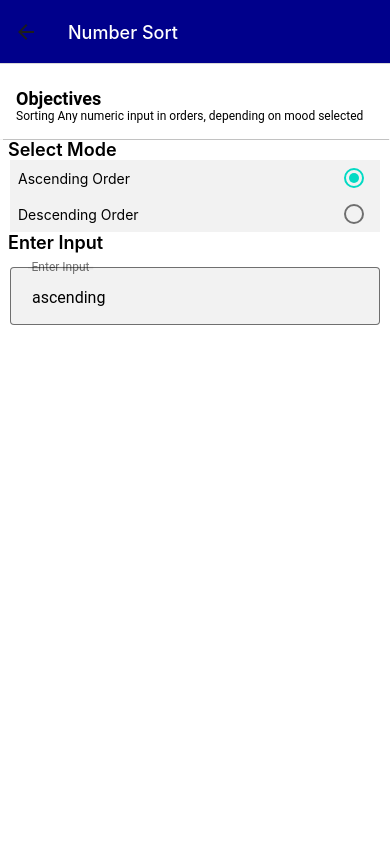
Repository: seyicoded/rn-crazy-algorithm-app
Screen: /Sort_simple_number
These files come from the project's save history. The screen is drawn as it stood at one moment and after the next save; the edit follows.
The app was drawn by React Native's web renderer in a window 390 px wide. The project was rebuilt for these pictures with package versions that can differ from the ones it lists, and the page was loaded fresh each time. Also part of the build but not shown: src/screens/sort.js, src/screens/filter.js, src/screens/advance.js, src/screens/sorts/Sort_alphabet.js.

Above is the screen before, as saved 2022-03-30 17:54:03.

### App.js
import 'react-native-gesture-handler';
import { StatusBar } from 'expo-status-bar';
import { StyleSheet, Text, View } from 'react-native';
import Main from './src/main'
export default function App() {
  return (
    <View style={styles.container}>
      <Main />
      <StatusBar style="auto" />
    </View>
  );
}

const styles = StyleSheet.create({
  container: {
    flex: 1,
    backgroundColor: '#fff',
  },
});

### src/main.js
import { View, Text } from 'react-native'
import React from 'react'
import {NavigationContainer} from '@react-navigation/native'
import {createStackNavigator} from '@react-navigation/stack'
import Home from './screens/index'
import Sort from './screens/sort'
import Filter from './screens/filter'
import Advance from './screens/advance'
import Sort_simple_number from './screens/sorts/Sort_simple_number'
import Sort_alphabet from './screens/sorts/Sort_alphabet'

const StackNav = createStackNavigator()

export default function Main() {
  return (
    <NavigationContainer>
        <StackNav.Navigator>
            <StackNav.Screen name="Home" options={{headerMode: 'none'}} component={Home} />
            <StackNav.Screen name="Filter" options={{headerMode: 'none'}} component={Filter} />
            <StackNav.Screen name="Sort" options={{headerMode: 'none'}} component={Sort} />
            <StackNav.Screen name="Advance" options={{headerMode: 'none'}} component={Advance} />

            {/* sort aspect */}
            <StackNav.Screen name="Sort_simple_number" options={{title: 'Number Sort', headerStyle: {backgroundColor: 'darkblue', color: 'white'}, headerTitleStyle: {color: 'white'}}} component={Sort_simple_number} />
            <StackNav.Screen name="Sort_alphabet" options={{title: 'Alphabet Sort', headerStyle: {backgroundColor: 'darkblue', color: 'white'}, headerTitleStyle: {color: 'white'}}} component={Sort_alphabet} />
        </StackNav.Navigator>
    </NavigationContainer>
  )
}

### src/screens/index.js
import { View, Text, StyleSheet, FlatList, TouchableOpacity } from 'react-native'
import React, {useState, useEffect, useRef} from 'react'
import Header from '../layout/header'
import { List, Avatar, Card, Title, Paragraph, Button } from 'react-native-paper';

const data = [
    {
        id: 'Sort',
        image: 'https://picsum.photos/700',
        title: 'Sort',
    },
    {
        id: 'Filter',
        image: 'https://picsum.photos/700',
        title: 'Filter',
    },
    {
        id: 'Advance',
        image: 'https://picsum.photos/700',
        title: 'Advance',
    },
]

export default function Index({route, navigation}) {
    const [color, setColor] = useState('darkblue');
    var timer = null;
    var ColorChanger = useRef('darkblue');


    useEffect(()=>{
        timer = setInterval(()=>{
            // console.log('.')
            ColorChanger.current = (ColorChanger.current == 'darkblue') ? 'darkred' : 'darkblue';
            setColor(ColorChanger.current);
        }, 1000);
        return ()=>{
            clearInterval(timer);
        }
    }, [])

    const styles = StyleSheet.create({
        container: {
          flex: 1,
          width: '100%',
          backgroundColor: '#fff',
        },
        header: {
            fontSize: 16,
            textAlign: 'center',
            marginTop: 20,
            marginBottom: 20,
            color: color,
            fontWeight: '700',
        },
        list: {
            width: '100%',
        },
        card: {
            // backgroundColor: 'red',
            margin: 20,
            shadowColor: '#000',
            shadowOffset: { width: 0, height: 2 },
            shadowOpacity: 0.8,
            elevation: 4
        }
    });

    return (
        <View style={styles.container}>
            <Header title="Home" visible={false} navigation={navigation} />
            <Text style={styles.header}>Let's Prep Shall We</Text>

            <FlatList
                data={data}
                style={styles.list}
                renderItem={({ item }) => {
                    return (
                        <TouchableOpacity onPress={() => navigation.navigate(item.id, {title: item.title})}>
                            <Card style={styles.card}>
                                <Card.Cover source={{ uri: item.image }} />
                                {/* <Card.Actions style={{justifyContent: 'center'}}>
                                    <Button onPress={()=>navigation.navigate(item.id)}>{item.title}</Button>

                                </Card.Actions> */}

                                <Card.Content style={{justifyContent: 'center'}}>
                                    <Title style={{textAlign: 'center', marginTop:12, color: 'darkblue'}}>{item.title}</Title>
                                </Card.Content>
                            </Card>
                        </TouchableOpacity>
                    )
                }}
                numColumns={1}
            />

            {/* <Card>
                <Card.Cover source={{ uri: 'https://picsum.photos/700' }} />

                <Card.Content>
                    <Title>Card title</Title>
                </Card.Content>
            </Card> */}

        </View>
    )
}

### src/screens/sorts/Sort_simple_number.js
import { StyleSheet, Text, View, TouchableOpacity } from 'react-native'
import React from 'react'
import { Banner, RadioButton, TextInput } from 'react-native-paper';

export default function Sort_simple_number() {
    const [value, setValue] = React.useState('ascending');
    const [unsortedVal, setunsortedVal] = React.useState('ascending');
  return (
    <View style={styles.container}>
        <Banner
            visible={true}
            actions={[
            ]}
            >
                <View>
                    <Text style={{fontWeight: '600', fontSize: 18}}>Objectives</Text>
                    <Text />
                    <Text style={{fontSize: 12}}>Sorting Any numeric input in orders, depending on mood selected</Text>
                </View>
        </Banner>
        <Text />
        <Text style={styles.title_element}>Select Mode</Text>

        <RadioButton.Group onValueChange={newValue => setValue(newValue)} value={value}>
            <TouchableOpacity onPress={()=>setValue('ascending')}>
                <View style={styles.radio}>
                    <Text>Ascending Order</Text>
                    <RadioButton value="ascending" />
                </View>
            </TouchableOpacity>
            <TouchableOpacity onPress={()=>setValue('descending')}>
                <View style={styles.radio}>
                    <Text>Descending Order</Text>
                    <RadioButton value="descending" />
                </View>
            </TouchableOpacity>
        </RadioButton.Group>

        <Text />
        <Text style={styles.title_element}>Enter Input</Text>
        <TextInput
            label='Enter Input'
            mode='outlined'
            style={styles.input}
            value={unsortedVal}
            onChangeText={text => setunsortedVal(text)}
        />
    </View>
  )
}

const styles = StyleSheet.create({
    container: {
        flex: 1,
        backgroundColor: '#fff',
    },
    title_element: {
        fontWeight: '600',
        fontSize: 18,
        paddingLeft: 8
    },
    radio: {
        flexDirection: 'row',
        justifyContent: 'space-between',
        alignItems: 'center',
        marginHorizontal: 10,
        backgroundColor: 'rgba(0, 0, 0, 0.05)',
        paddingHorizontal: 8,
    },
    input: {
        marginHorizontal: 10,
        marginVertical: 8,
        backgroundColor: 'rgba(0, 0, 0, 0.05)',
        paddingHorizontal: 8,
    },
})

### src/layout/header.js
import { View, Text } from 'react-native'
import React, {useState, useEffect} from 'react'
import { Appbar } from 'react-native-paper';

export default function Header({title, visible, navigation}) {
    // const [visible, setVisible] = useState(false);

    if(visible){
        return (
            <Appbar.Header style={{backgroundColor: 'darkblue'}}>
                {
                    (visible) ?
                    <Appbar.BackAction onPress={()=>navigation.goBack()} />
                    :<></>
                }
                <Appbar.Content title={title} />
            </Appbar.Header>
          )
    }else{
        return (
            <Appbar.Header style={{backgroundColor: 'darkblue'}}>
                <Appbar.Content title={title} />
            </Appbar.Header>
          )
    }

}

After the next save:
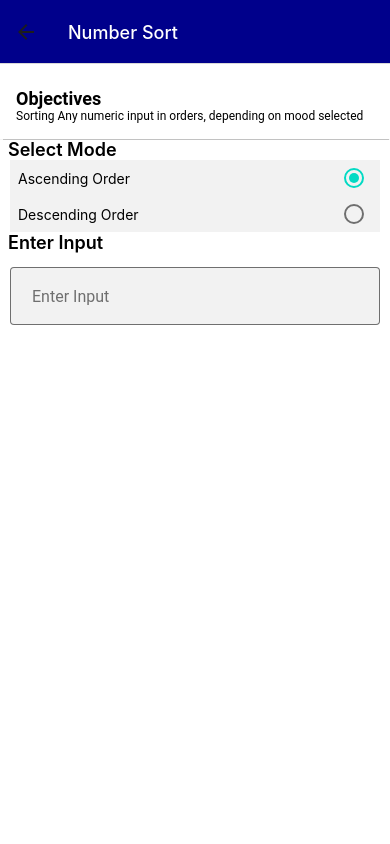
Saved 12 s later.
--- a/src/screens/sorts/Sort_simple_number.js
+++ b/src/screens/sorts/Sort_simple_number.js
@@ -4,7 +4,7 @@ import { Banner, RadioButton, TextInput } from 'react-native-paper';
 
 export default function Sort_simple_number() {
     const [value, setValue] = React.useState('ascending');
-    const [unsortedVal, setunsortedVal] = React.useState('ascending');
+    const [unsortedVal, setunsortedVal] = React.useState('');
   return (
     <View style={styles.container}>
         <Banner
